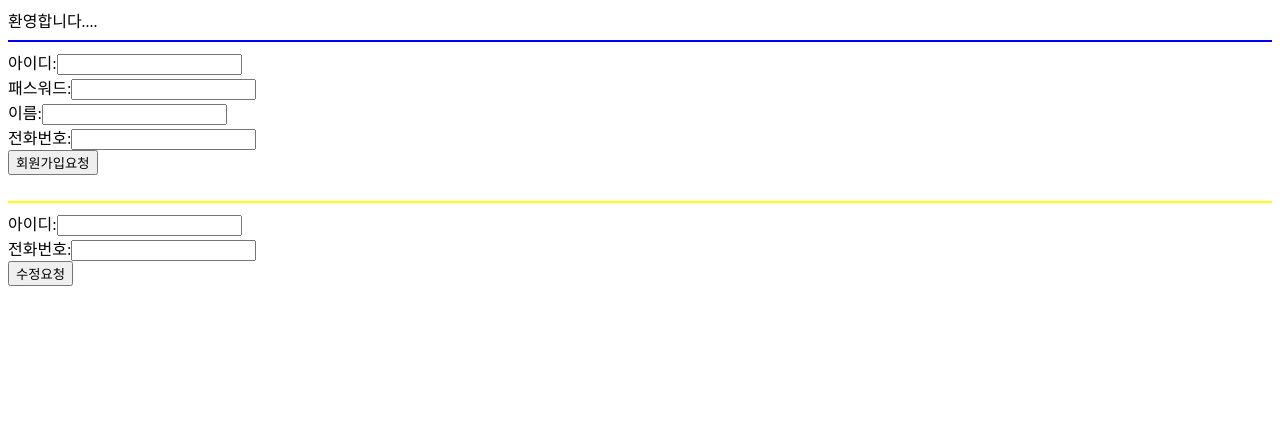
Repository: Yusubin/workEx
Page: spring00/src/main/webapp/index.html
These files come from the project's save history. The page is drawn as it stood at one moment and after the next save; the edit follows.
The browser window is 1280 px wide. The pictures show the whole page.

Above is the page before, as saved 2022-02-14 08:17:12.

After the next save:
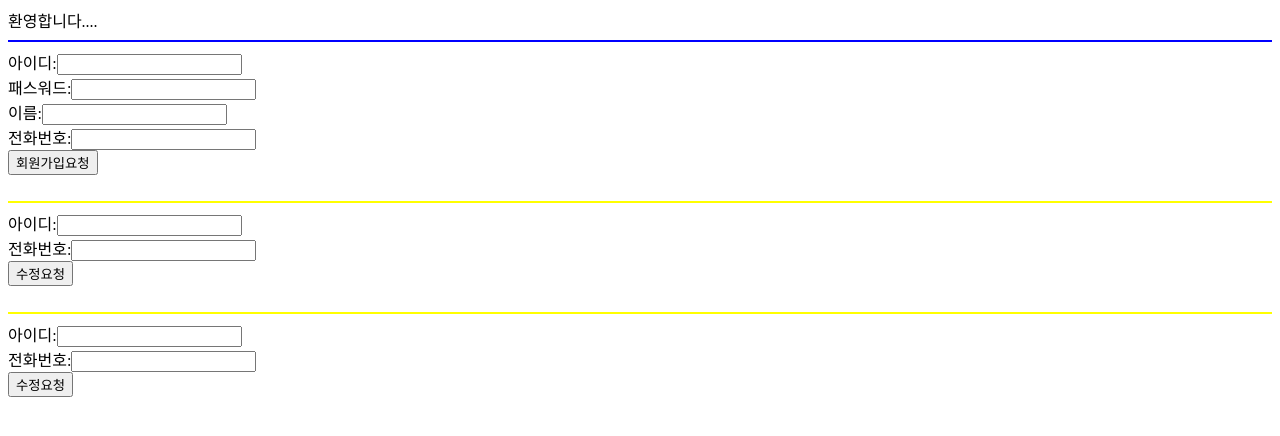
Saved 8 s later.
--- a/spring00/src/main/webapp/index.html
+++ b/spring00/src/main/webapp/index.html
@@ -22,5 +22,13 @@
 	전화번호:<input type="text" name="tel"><br>
 	<button>수정요청</button>
 	</form>
+
+		<br>
+	<hr color="yellow">
+	<form action="update.jsp">
+	아이디:<input type="text" name="id"><br>
+	전화번호:<input type="text" name="tel"><br>
+	<button>수정요청</button>
+	</form>
 	</body>
 </html>
